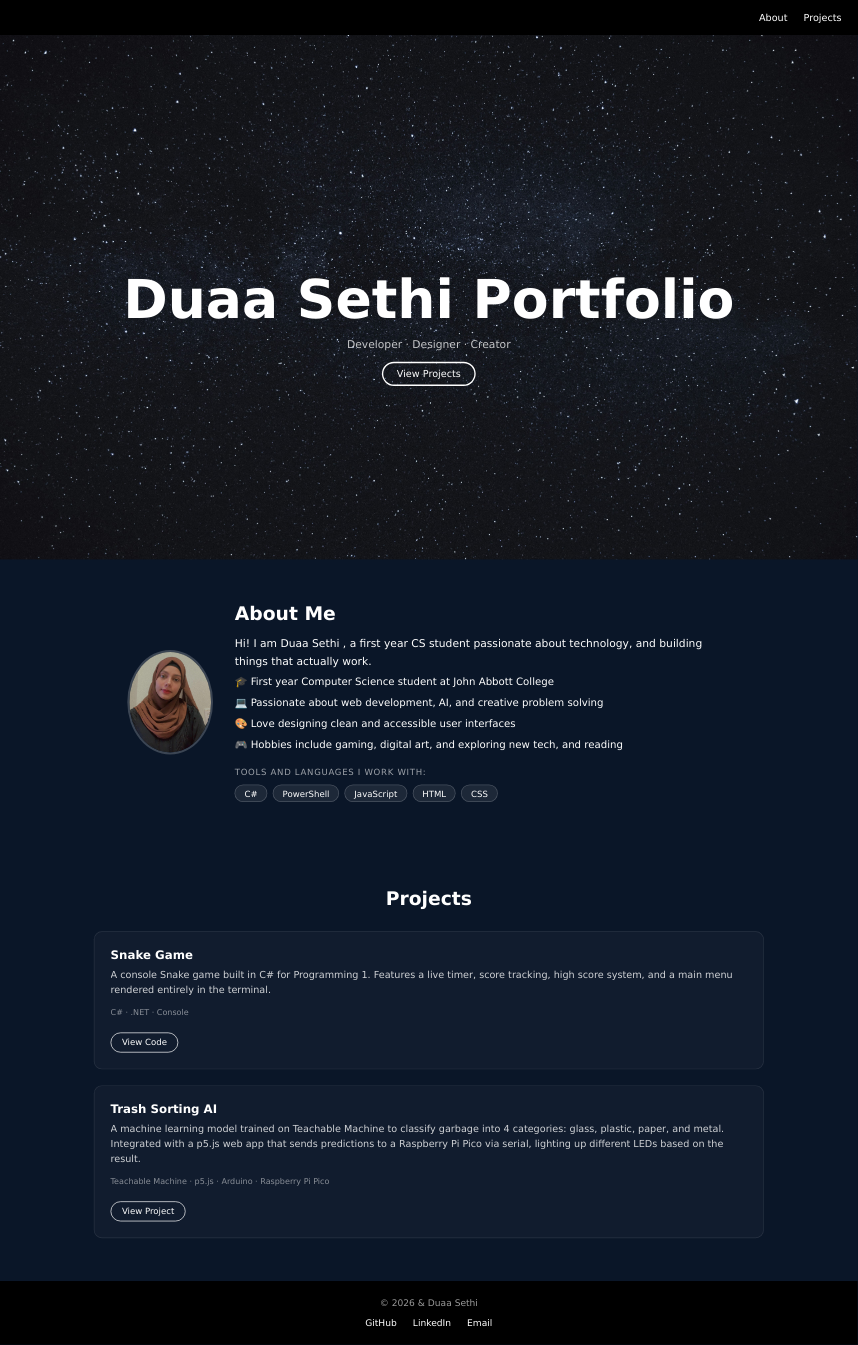
Repository: Duaa-Sethi/Duaa-Sethi
Page: index.html
An editor plug-in stored every save of this project. The page is shown before and after the next save, followed by the edit.
The browser window is 1280 px wide. The pictures show the whole page, at 67% of full size.
Some web fonts or font styles are not loaded; a fallback is used.

Above is the page before, as saved 2026-05-04 13:55:06.

After the next save:
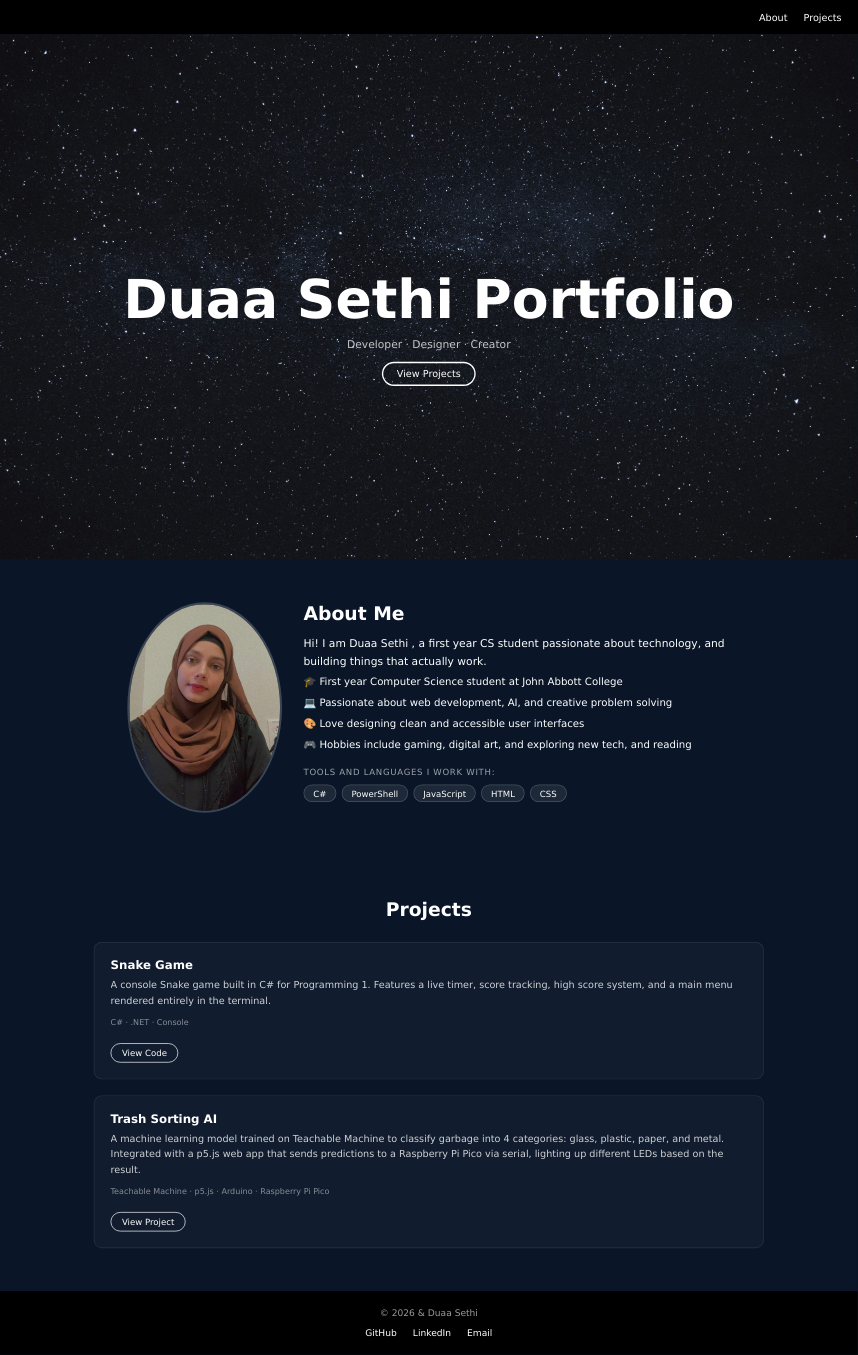
Saved 5 min 35 s later.
--- a/styles/index.css
+++ b/styles/index.css
@@ -63,18 +63,18 @@ nav ul li a {
 /* ABOUT */
 .about {
   display: flex;
-  flex-direction: column;
-  align-items: center;
+  align-items: flex-start;
   gap: 2rem;
   padding: 4rem 1.5rem;
   text-align: center;
 }
 
 .about img {
-  width: 150px;
-  height: 150px;
+  max-width: 25%;
   border-radius: 50%;
-  object-fit: cover;
+  overflow: hidden;
+  display: inline-block;
+  vertical-align: middle;
   border: 3px solid rgba(255, 255, 255, 0.2);
 }
 
